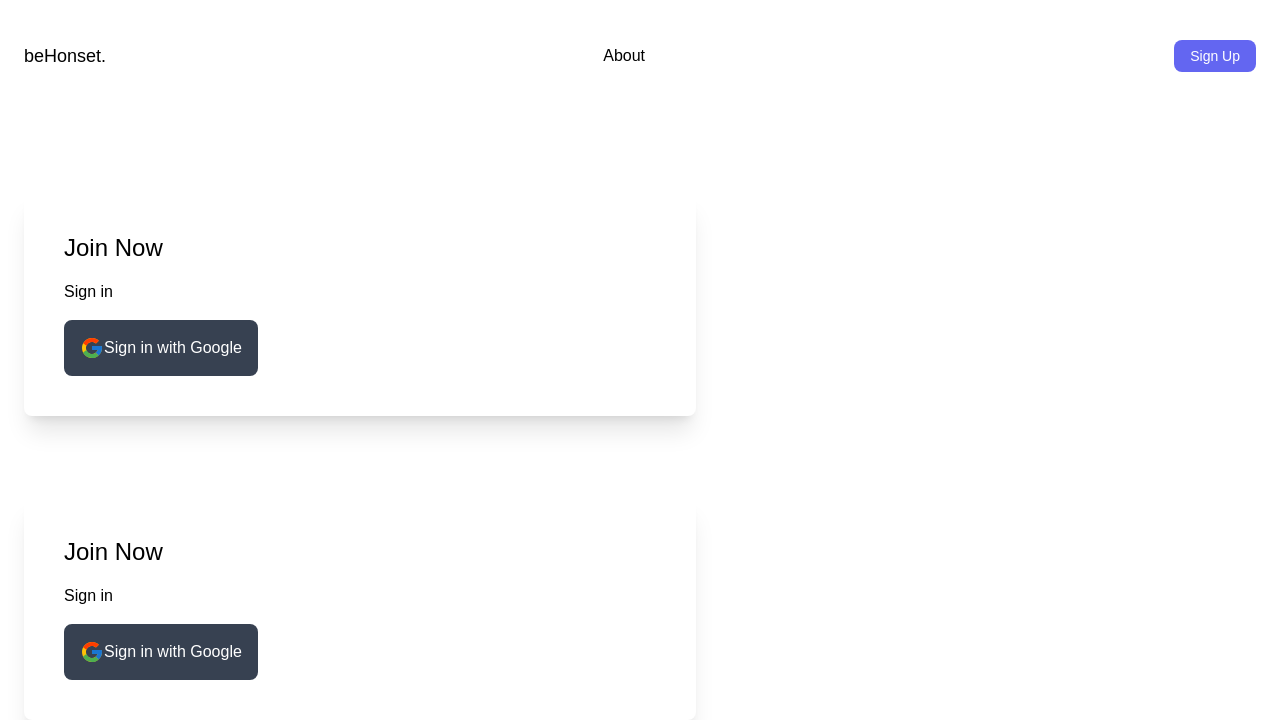
Repository: aidenfine/be-honset
Page: /login
These files come from the project's save history. The page is drawn as it stood at one moment and after the next save; the edit follows.
The browser window is 1280 px wide. The pictures show the whole page.
The page's requests for data from a server got no answer. The project was rebuilt for these pictures with package versions that can differ from the ones it lists, and the page was loaded fresh each time. The framework's server and built-in components were replaced by stand-ins that run in the browser. No one was signed in, and anything a server would have sent is missing. Also part of the build but not shown: next.config.js.

Above is the page before, as saved 2022-10-26 22:13:42.

After the next save:
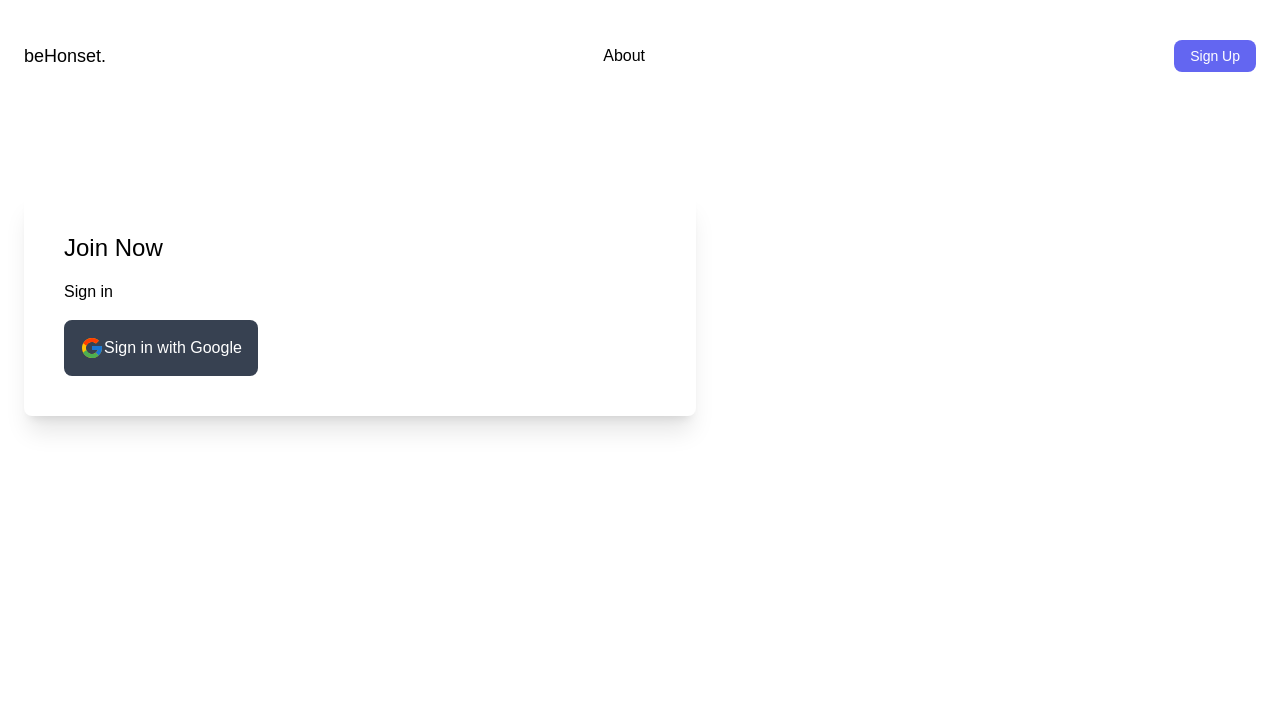
Saved 72 s later.
--- a/pages/login.js
+++ b/pages/login.js
@@ -48,17 +48,6 @@
                 </button>
             </div>
         </div>
-
-        <div className="justify-center items-center shadow-xl w-15 md:max-w-2xl mt-20  p-10 text-black rounded-lg bg-white">
-            <h2 className="text-2xl font-medium">Join Now</h2>
-            <div>
-                <h3 className="py-4">Sign in</h3>
-                <button onClick={GoogleLogin} className="text-white bg-gray-700 w-65 font font-medium rounded-lg flex align-middle p-4">
-                    <FcGoogle className="text-2xl"/>
-                    Sign in with Google
-                </button>
-            </div>
-        </div>
     </div>
 
 
